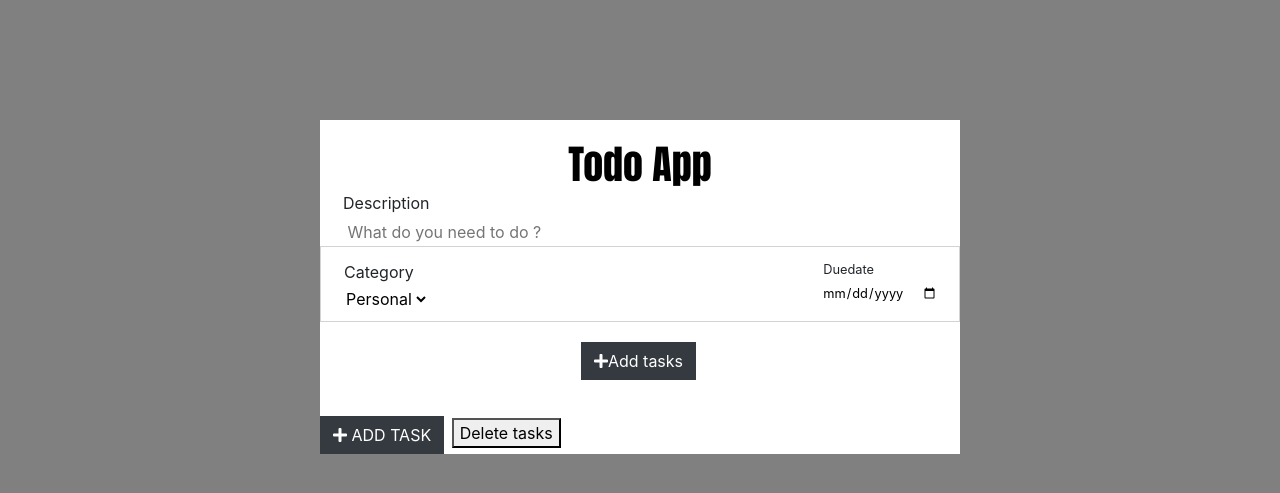
Repository: Sayan-100/Todo-List
Page: http://localhost/
The author's editor kept a copy of each file at every save. The page is drawn from the files as they stood at one save, then again after the next save.
The browser window is 1280 px wide. The pictures show the whole page.
Some web libraries are served in a nearby version. The page is served by the project's Node server (index.js). Queries for data that is not in the repository find no rows.

Above is the page before, as saved 2021-12-29 19:00:23.
Not found: js/home.js

After the next save:
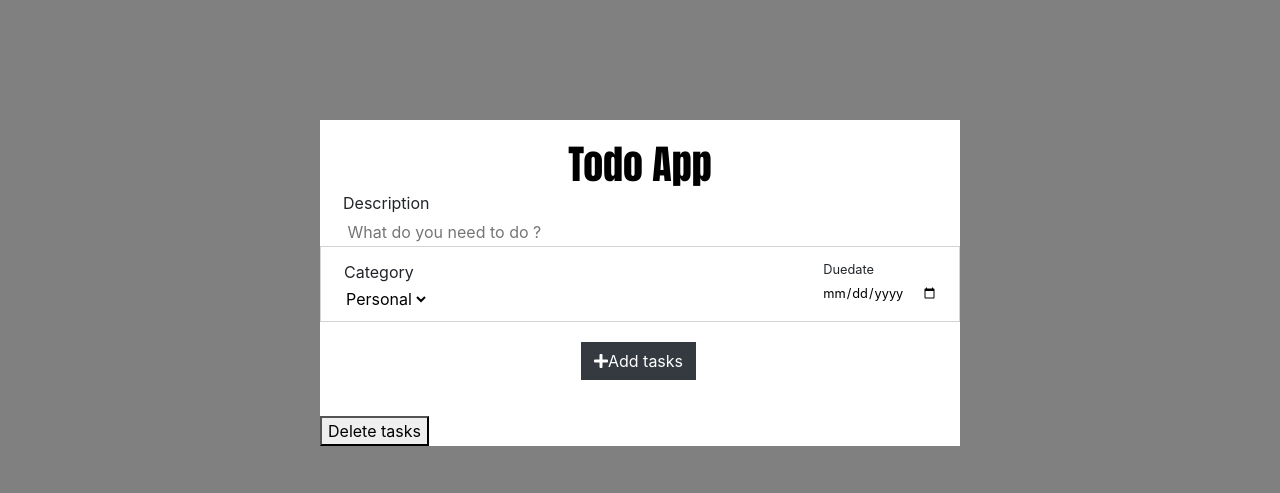
Saved 5 s later.
--- a/views/home.ejs
+++ b/views/home.ejs
@@ -45,10 +45,7 @@
             </div>
 
         </form>
-        <button type="submit" class="btn btn-dark btn-1">
-                    <i class="fas fa-plus"></i>
-                    ADD TASK
-                </button>
+
 
         <button type="submit" form="delete-form">Delete tasks</button>
 
